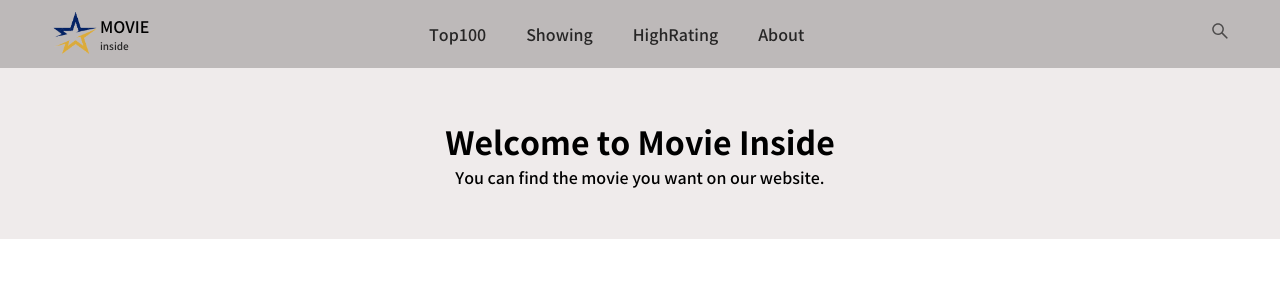
Repository: yangddoddi/Movie-Inside
Page: /
The author's editor kept a copy of each file at every save. The page is drawn from the files as they stood at one save, then again after the next save.
The browser window is 1280 px wide. The pictures show the whole page.
The project was rebuilt for these pictures with package versions that can differ from the ones it lists, and the page was loaded fresh each time. Also part of the build but not shown: src/App.css, src/routes/Detail.js.

Above is the page before, as saved 2022-05-02 18:39:49.

### public/index.html
<!DOCTYPE html>
<html lang="en">

<head>
  <meta charset="utf-8" />
  <link rel="icon" href="./image/logo.png" />
  <meta name="viewport" content="width=device-width, initial-scale=1" />
  <meta name="theme-color" content="#000000" />
  <meta name="description" content="Web site created using create-react-app" />
  <link rel="apple-touch-icon" href="%PUBLIC_URL%/logo192.png" />
  <!--
      manifest.json provides metadata used when your web app is installed on a
      user's mobile device or desktop. See https://developers.google.com/web/fundamentals/web-app-manifest/
    -->
  <link rel="manifest" href="%PUBLIC_URL%/manifest.json" />
  <!--
      Notice the use of %PUBLIC_URL% in the tags above.
      It will be replaced with the URL of the `public` folder during the build.
      Only files inside the `public` folder can be referenced from the HTML.

      Unlike "/favicon.ico" or "favicon.ico", "%PUBLIC_URL%/favicon.ico" will
      work correctly both with client-side routing and a non-root public URL.
      Learn how to configure a non-root public URL by running `npm run build`.
    -->
  <title>Movie Inside</title>
</head>

<body>
  <noscript>You need to enable JavaScript to run this app.</noscript>
  <div id="root"></div>
  <!--
      This HTML file is a template.
      If you open it directly in the browser, you will see an empty page.

      You can add webfonts, meta tags, or analytics to this file.
      The build step will place the bundled scripts into the <body> tag.

      To begin the development, run `npm start` or `yarn start`.
      To create a production bundle, use `npm run build` or `yarn build`.
    -->
</body>

</html>

### src/App.js
import "./App.css";
import { RouteJS } from "./components/Routes";
import "./scss/main.scss";
import { Nav } from "./components/Nav";

function App() {
  return (
    <>
      <Nav />
      <RouteJS />
    </>
  );
}

export default App;

### src/components/Routes.js
import { Route, BrowserRouter, Routes } from "react-router-dom";
import { Main } from "../routes/Main";
import { Detail } from "../routes/Detail";

export const RouteJS = () => {
  return (
    <Routes>
      <Route path="/" element={<Main />} />
      <Route path="/detail" element={<Detail />} />
    </Routes>
  );
};

### src/scss/main.scss


* {
    box-sizing: border-box;
    font-family: 'Noto Sans CJK KR';
    margin: 0px;
}

### src/components/Nav.js
import React from "react";
import logo from "../image/logo.png";
import styles from "./Nav.module.scss";
import { AiOutlineSearch } from "react-icons/ai";

export const Nav = () => {
  return (
    <nav className={styles.nav}>
      <div className={styles.navContainer}>
        <div className={styles.leftContainer}>
          <img className={styles.logo} src={logo}></img>
          <div className={styles.logoContainer}>
            <span>MOVIE</span>
            <span>inside</span>
          </div>
        </div>
        <ul className={styles.navItems}>
          <li className={styles.navItem}>Top100</li>
          <li className={styles.navItem}>Showing</li>
          <li className={styles.navItem}>HighRating</li>
          <li className={styles.navItem}>About</li>
        </ul>
        <form className={styles.navForm}>
          <input type={"text"} id="searchInput" />
          <label for="searchInput">
            <AiOutlineSearch className={styles.searchIcon} />
          </label>
        </form>
      </div>
    </nav>
  );
};

### src/routes/Main.js
import React from "react";
import { Jumbotron } from "../components/Main/Jumbotron";

export const Main = () => {
  return (
    <>
      <Jumbotron />
    </>
  );
};

### src/components/Nav.module.scss
@import url(../scss/font.scss);


.nav {
    background-color: #bdb9b9;
    width: 100%;
    padding: 10px 50px 10px 50px;
    display: flex;
    justify-content: center;
}

.navContainer {
    display: flex;
    align-items: center;
    justify-content: space-between;
    width: 100%;
    max-width: 1200px;
}

.logo {
    width: 50px;
}

.logoContainer {
    display: flex;
    flex-direction: column;
    justify-content: flex-end;
    user-select: none;

    span:nth-child(2) {
        font-size: 10px;
        color:rgba(0,0,0,0.8);
    }
}

.leftContainer {
    display: flex;
    align-items: center;
}

.navItems {
    display: flex;
    list-style: none;
    color: rgba(0,0,0,0.8);
    font-size: 16px;
    margin: 0px;
}


.navItem {
    margin: 0px 20px 0px 20px;
    cursor: pointer;
}

.navForm {
        position:relative;
        display: flex;
        align-items: center;

    input {
        margin-left: 30px;
        border-radius: 5%;
        height: 25px;
        border: none;
        color: rgba(0,0,0,0.8);
        background-color: transparent;
    }

    input:focus {
        outline: none;
        border-bottom: rgba(122,122,122,1) solid 1px;
    }

    label {
        position: absolute;
        right: 0px;
        height: 25px;
        border-left: none;
    }

    svg {
        font-size: 20px;
        color: rgba(0,0,0,0.6);
    }
}

### src/components/Main/Jumbotron.js
import React from "react";
import styles from "./Jumbotron.module.scss";

export const Jumbotron = () => {
  return (
    <div className={styles.jumbotron}>
      <div className={styles.jumbotronContainer}>
        <h1 className={styles.headr}> Welcome to Movie Inside </h1>
        <p>You can find the movie you want on our website.</p>
      </div>
    </div>
  );
};

### src/scss/font.scss
@font-face {
    font-family: 'Noto Sans CJK KR';
    font-style: normal;
    font-weight: light;
    src: url('../fontStyle/NotoSansKR-Light.otf')
}

@font-face {
    font-family: 'Noto Sans CJK KR';
    font-style: normal;
    font-weight: normal;
    src: url('../fontStyle/NotoSansKR-Regular.otf')
}

@font-face {
    font-family: 'Noto Sans CJK KR';
    font-style: normal;
    font-weight: semi-bold;
    src: url('../fontStyle/NotoSansKR-Medium.otf')
}
@font-face {
    font-family: 'Noto Sans CJK KR';
    font-style: normal;
    font-weight: bold;
    src: url('../fontStyle/NotoSansKR-Bold.otf')
}

### src/components/Main/Jumbotron.module.scss

.jumbotron {
    background-color: #efebeb;
    padding: 50px;
    display: flex;
    justify-content: center;
}

.jumbotronContainer {
    width: 100%;
    max-width: 1200px;
    text-align: center;
}

.header {
    margin-bottom: 20px;
}

Loaded but not shown: src/index.js (common file); src/index.css (common file); src/reportWebVitals.js (common file)

After the next save:
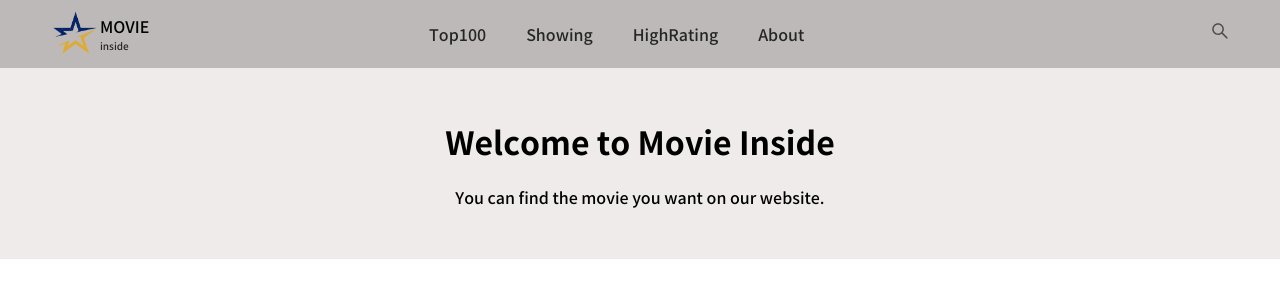
Saved 6 s later.
--- a/src/components/Main/Jumbotron.js
+++ b/src/components/Main/Jumbotron.js
@@ -5,7 +5,7 @@
   return (
     <div className={styles.jumbotron}>
       <div className={styles.jumbotronContainer}>
-        <h1 className={styles.headr}> Welcome to Movie Inside </h1>
+        <h1 className={styles.header}> Welcome to Movie Inside </h1>
         <p>You can find the movie you want on our website.</p>
       </div>
     </div>
